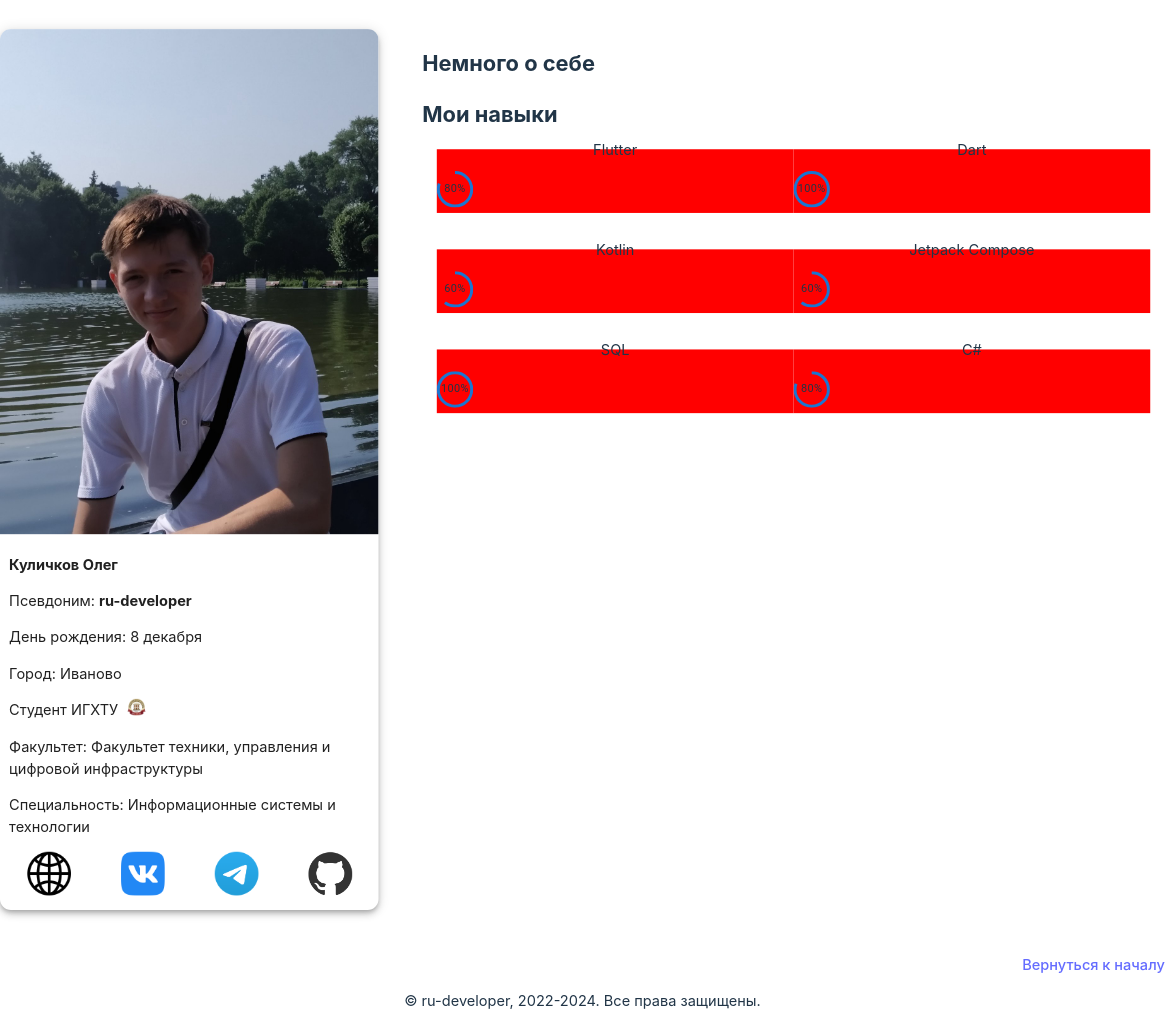
Repository: HubOl01/my_profile
Page: /
An editor plug-in stored every save of this project. The page is shown before and after a run of saves, followed by the edit.
The browser window is 1280 px wide. The pictures show the whole page, at 91% of full size.
The project was rebuilt for these pictures with package versions that can differ from the ones it lists, and the page was loaded fresh each time. Also part of the build but not shown: vite.config.ts, src/components/header/Header.module.scss, src/data/websites.ts.

Above is the page before, as saved 2024-03-09 10:52:07.

After the next 2 saves:
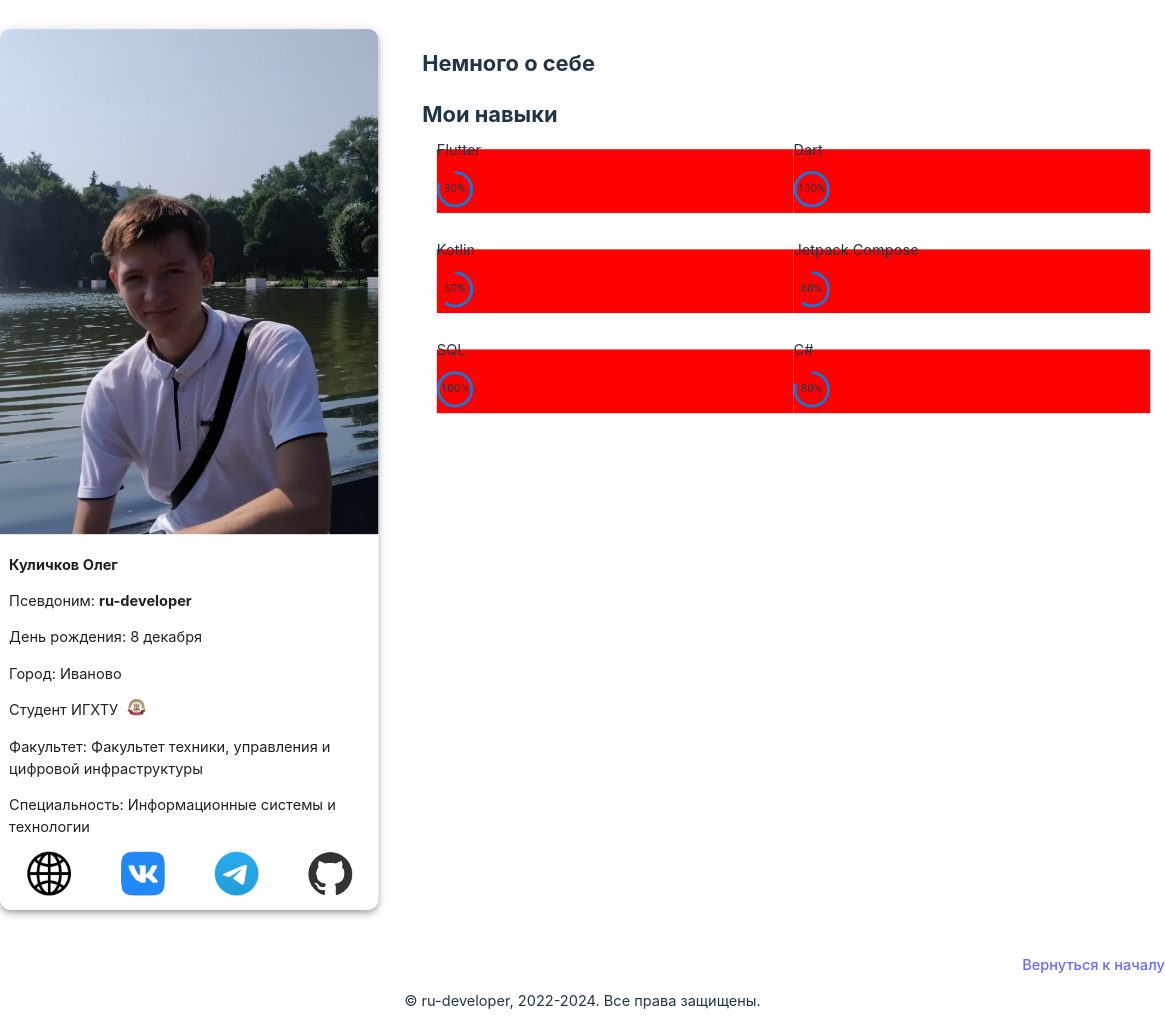
The 2 saves are shown as one change because they came seconds apart.
The last was saved 47 s later.
--- a/src/components/center/Common.tsx
+++ b/src/components/center/Common.tsx
@@ -23,7 +23,7 @@
                 background: "red",
               }}
               ><div style={{
-                // display: "initial",
+                display: "flex",
                 whiteSpace: "nowrap",
                 "textAlign": "center",
                 transform: "translateY(-50%)",

After the 3 saves that followed:
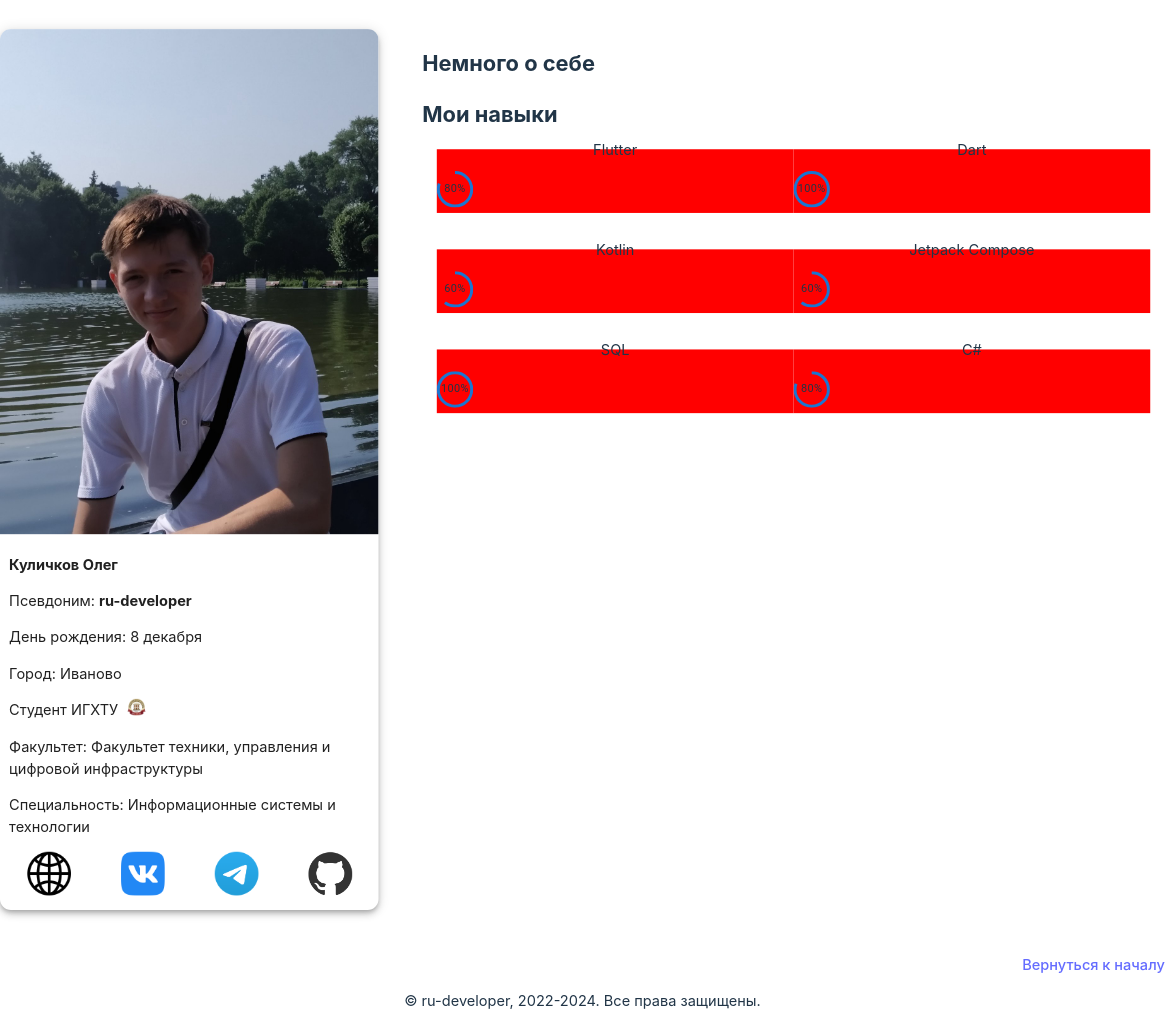
The 3 saves are shown as one change because they came seconds apart.
The last was saved 9 s later.
--- a/src/components/center/Common.tsx
+++ b/src/components/center/Common.tsx
@@ -23,7 +23,7 @@
                 background: "red",
               }}
               ><div style={{
-                display: "flex",
+                display: "",
                 whiteSpace: "nowrap",
                 "textAlign": "center",
                 transform: "translateY(-50%)",
